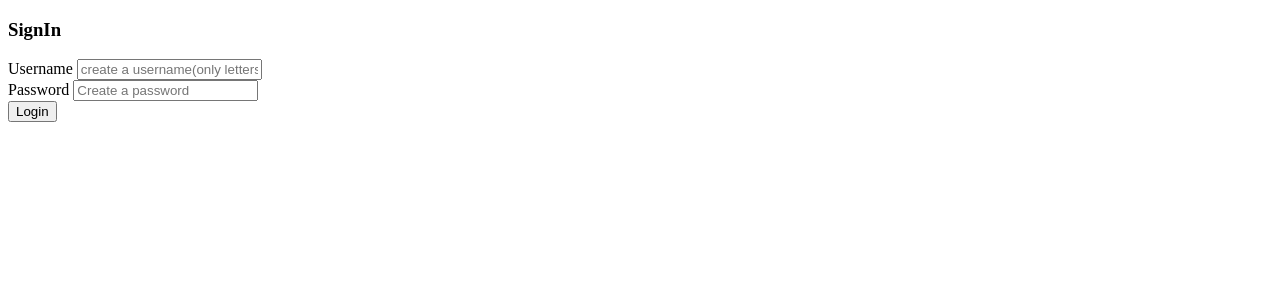
Repository: DHYEY3559/CVM-Project
Page: http://localhost/signin
The author's editor kept a copy of each file at every save. The page is drawn from the files as they stood at one save, then again after the next save.
The browser window is 1280 px wide. The pictures show the whole page.
The page is served by the project's application, run on Django 5.2 (manage.py).

Above is the page before, as saved 2024-06-25 14:14:56.

After the next save:
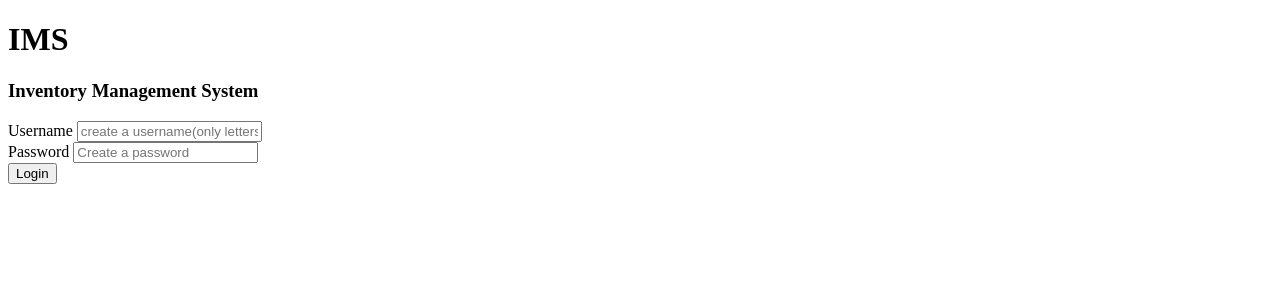
Saved 3 min 11 s later.
--- a/Login website/templates/auth/signin.html
+++ b/Login website/templates/auth/signin.html
@@ -13,20 +13,28 @@
         <link rel="stylesheets" href="">
     </head>
     <body>
-        <h3>SignIn</h3>
+        <div class="background"></div>
+    <div class="container">
+        <div class="loginHeader">
+            <h1>IMS</h1>
+            <h3>Inventory Management System</h3>
+        </div>
+        <div class="loginBody">
         <form action="/signin" method="post">
             {% csrf_token %}
             <div class="loginInputsContainer">
-                    <label for="">Username</label>
-                    <input type="text" id="username" name="username" placeholder="create a username(only letters and numbers)"/>
-                </div>
+                <label for="">Username</label>
+                <input type="text" id="username" name="username" placeholder="create a username(only letters and numbers)"/>
+            </div>
                 <div class="loginInputsContainer">
-                    <label for="">Password</label>
-                    <input type="password" id="pass1" name="pass1" placeholder="Create a password"/>
-                </div>
-                <div class="loginButtonContainer">
-                     <button>Login</button>
-                </div>
+                <label for="">Password</label>
+                <input type="password" id="pass1" name="pass1" placeholder="Create a password"/>
+            </div>
+            <div class="loginButtonContainer">
+                <button>Login</button>
+            </div>
+        </div>
+    </div>
         </form>
 
         <script src="" async defer></script>
